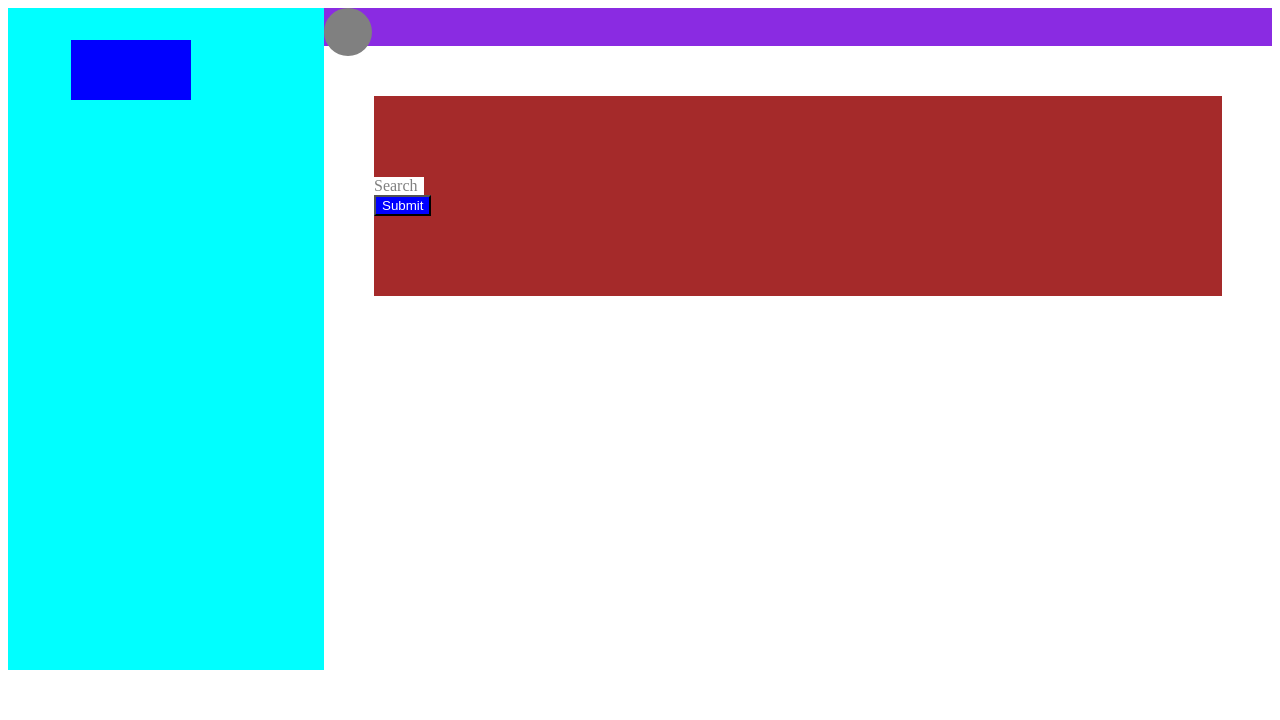
Repository: tr2cky/barrage
Page: index.html
These files come from the project's save history. The page is drawn as it stood at one moment and after a run of saves; the edit follows.
The browser window is 1280 px wide. The pictures show the whole page.

Above is the page before, as saved 2022-10-03 13:54:55.

After the next 13 saves:
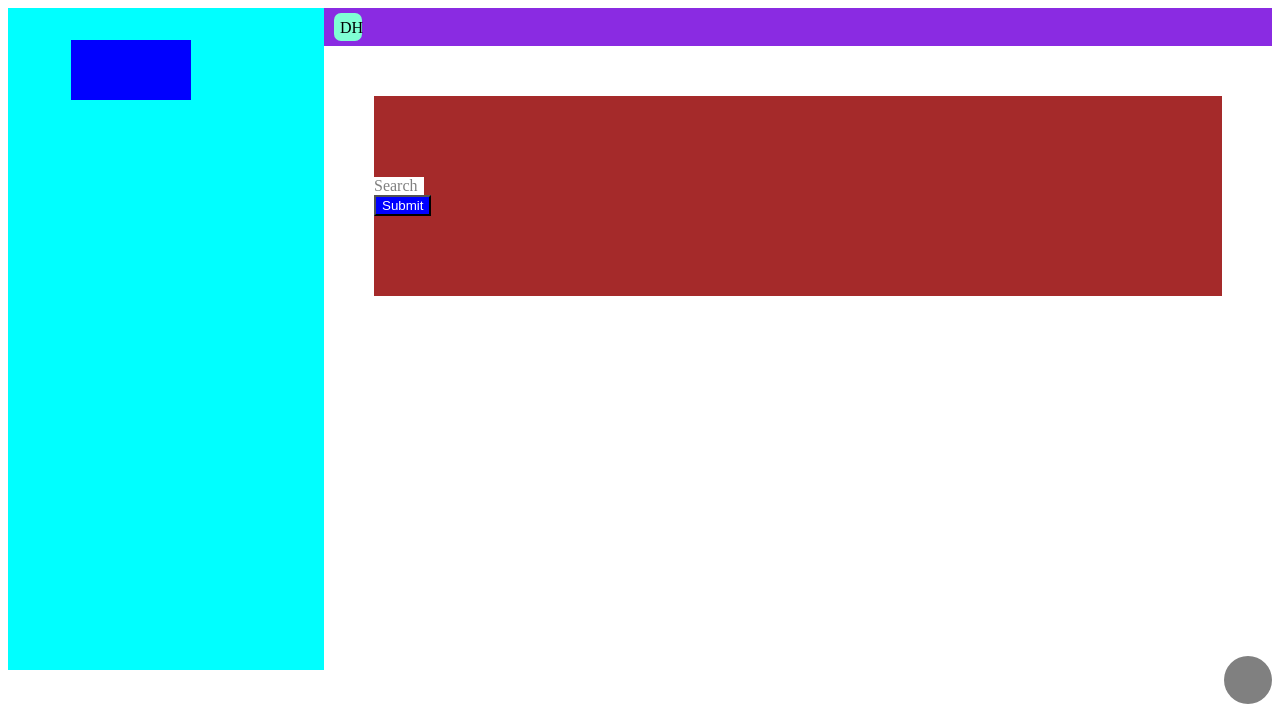
The 13 saves are shown as one change because they came seconds apart.
The last was saved 25 s later.
--- a/style.css
+++ b/style.css
@@ -64,5 +64,7 @@ button {
     border-radius: 50%;
     position: fixed;
     background-color: gray;
-    justify-self: ;
+    justify-self: flex-end;
+    align-self: flex-end;
+    margin-top: 90vh;
 }
